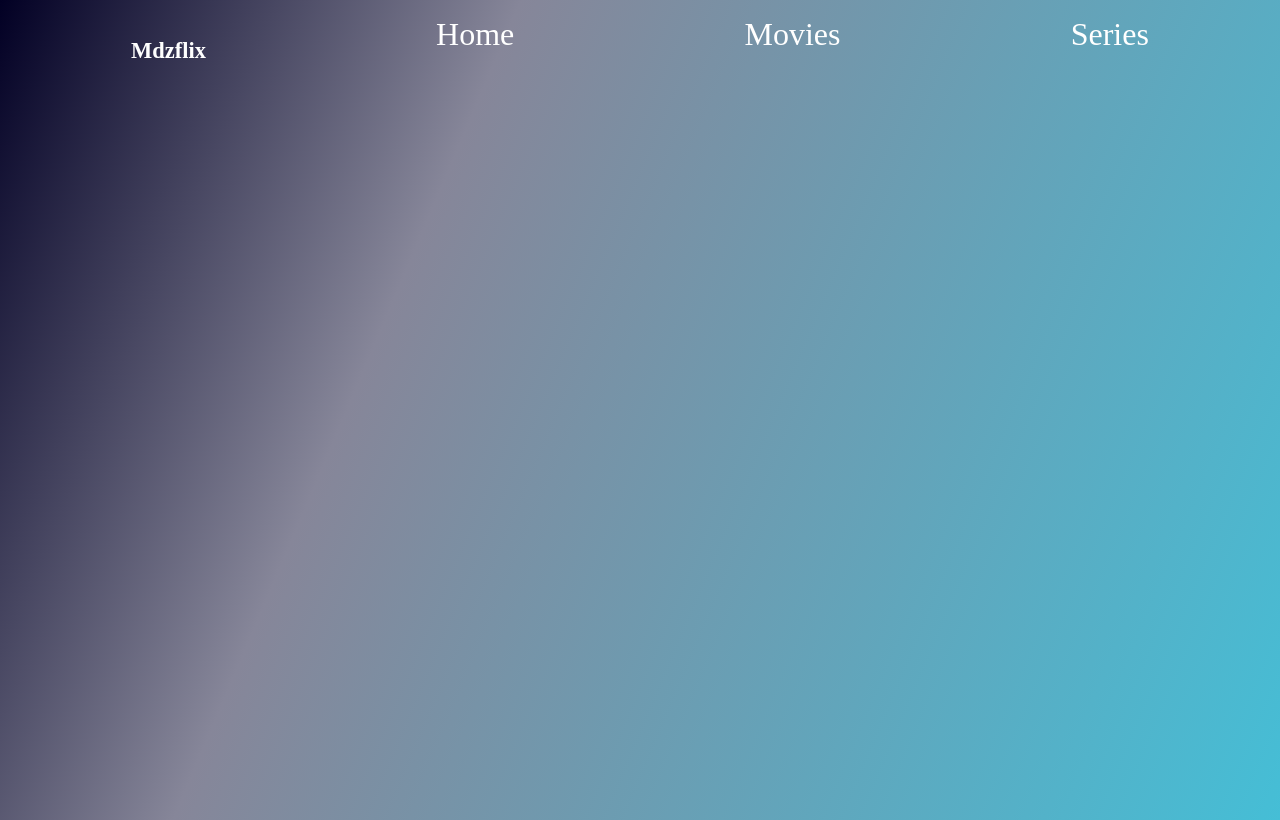
Repository: leo7mdz/app-movies-react
Page: /
These files come from the project's save history. The page is drawn as it stood at one moment and after the next save; the edit follows.
The browser window is 1280 px wide. The pictures show the whole page.
The page's requests for data from a server got no answer. The project was rebuilt for these pictures with package versions that can differ from the ones it lists, and the page was loaded fresh each time. No one was signed in, and anything a server would have sent is missing. Also part of the build but not shown: vite.config.js, src/components/details.module.css, src/pages/Details.jsx, src/pages/ErrorPage.jsx, src/components/Card.module.css, src/components/Card.jsx, src/components/GridCard.module.css, src/components/loader.module.css and 8 more.

Above is the page before, as saved 2023-03-14 15:27:17.

### src/App.jsx
import { BrowserRouter, Route, Routes } from "react-router-dom";
import "./app.css";
import NavBar from "./components/NavBar";
import MoviesProvider from "./context/MoviesContext";
import SeriesProvider from "./context/SeriesContext";
import Details from "./pages/Details";
import ErrorPage from "./pages/ErrorPage";
import Home from "./pages/Home";
import Series from "./pages/Series";
import Movies from "./pages/Movies";

function App() {
  return (
    <BrowserRouter>
      <MoviesProvider>
        <SeriesProvider>
          <div className="app">
            <NavBar />

            <Routes>
              <Route path="/" element={<Home />} />
              <Route path="/movies" element={<Movies types="movie" />} />
              <Route path="/series" element={<Series types="tv" />} />
              <Route path="*" element={<ErrorPage />} />
              <Route path="/details/:type/:id" element={<Details />} />
            </Routes>
          </div>
        </SeriesProvider>
      </MoviesProvider>
    </BrowserRouter>
  );
}

export default App;

### src/index.css
body {
  margin: 0;
  min-height: 100vh;
  color: white;
  background: rgb(2, 0, 36);
  background: linear-gradient(113deg, rgba(2, 0, 36, 1) 0%, rgba(134, 134, 153, 1) 32%, rgba(69, 190, 214, 1) 100%);

}

a {
  font-weight: 500;
  color: rgb(255, 255, 255);
  font-size: 2rem;
  text-decoration: none;
  display: block;
}

a:hover {
  transform: scale(1.1);
}

ul {
  display: flex;
  justify-content: space-around;
  list-style: none;
  margin-top: 0;
  margin-bottom: 0;
  padding: 1rem;
  font-size: 1.2rem;
}

.container-page {
  margin-top: 100px;
}

### src/app.css
.app{
    margin: 0;
    width: 100%;
    min-height: 100%;
}

### src/components/NavBar.jsx
import React from "react";
import { Link } from "react-router-dom";
import style from "./navBar.module.css";

const NavBar = () => {
  return (
    <nav className={style.nav}>
      <ul>
        <h3>Mdzflix</h3>
        <li>
          <Link to="/">Home</Link>
        </li>
        <li>
          <Link to="/movies">Movies</Link>
        </li>
        <li>
          <Link to="/series">Series</Link>
        </li>
      </ul>
    </nav>
  );
};

export default NavBar;

### src/context/MoviesContext.jsx
import { useContext } from "react";
import { createContext } from "react";
import useMoviesSearch from "../hooks/useMoviesSearch";

const MoviesContext = createContext();

export const contextMovies = () => {
  return useContext(MoviesContext);
};

const MoviesProvider = ({ children }) => {
  const { movies, page, totalPage, loading, setPage, error } =
    useMoviesSearch();

  const data = {
    movies,
    page,
    totalPage,
    loading,
    setPage,
    error,
  };

  return (
    <MoviesContext.Provider value={data}>{children}</MoviesContext.Provider>
  );
};

export default MoviesProvider;
//export { MoviesContext };

### src/context/SeriesContext.jsx
import { useContext } from "react";
import { createContext } from "react";

import useSeriesSearch from "../hooks/useSeriesSearch";

const SeriesContext = createContext();

export const contextSeries = () => {
  return useContext(SeriesContext);
};

const SeriesProvider = ({ children }) => {
  const { series, loading, error, page, totalPage, setPage } =
    useSeriesSearch();

  const data = {
    series,
    loading,
    error,
    page,
    totalPage,
    setPage,
  };
  return (
    <SeriesContext.Provider value={data}>{children}</SeriesContext.Provider>
  );
};

export default SeriesProvider;
//export { SeriesContext };

### src/pages/Home.jsx
import React from "react";
import CarouselTop from "../components/CarouselTop";

const movies = () => {
  return (
    <div className="container-page">
      <CarouselTop />
    </div>
  );
};

export default movies;

### src/components/navBar.module.css
.nav {
    background-color: transparent;
    position: fixed;
    top: 0;
    width: 100%;
    height: 220px;
    margin-bottom: 100px;
}

### src/hooks/useMoviesSearch.js
import { useEffect, useReducer } from "react";
import moviesReducer, { MOVIES_INITIAL_STATE } from "../reducer/moviesReducer";
import MOVIES_ACTIONS from "../utils/movies-actions";
import apiFetch from "../utils/apiFetch";
import { useSearchParams } from "react-router-dom";
import { useDebounce } from "./useDebaunce";

const searchMovies = async (
  endpoint,
  search,
  page,
  startSearch,
  searchSuccess,
  searchError
) => {
  startSearch();

  const { success, data, statusCode } = await apiFetch(endpoint, search, page);

  if (success) {
    return searchSuccess(data.results, data.total_pages);
  }
  return searchError(`Error:${statusCode}`);
};

const useMoviesSearch = () => {
  const [moviesSearch, moviesDispatch] = useReducer(
    moviesReducer,
    MOVIES_INITIAL_STATE
  );

  const [query] = useSearchParams();
  const search = query.get("search");

  const debounce = useDebounce(search, 300);

  const endpoint = search ? "/search/movie" : `/movie/popular`;

  const startSearch = () => {
    moviesDispatch({ type: MOVIES_ACTIONS.START_SEARCH });
  };

  const searchSuccess = (movies, totalPage) => {
    moviesDispatch({
      type: MOVIES_ACTIONS.MOVIES_SEARCH_SUCCESS,
      movies,
      totalPage,
    });
  };

  const searchError = (error) => {
    moviesDispatch({ type: MOVIES_ACTIONS.MOVIES_SEARCH_ERROR, error });
  };

  const setPage = (page) => {
    moviesDispatch({ type: MOVIES_ACTIONS.MOVIES_SETPAGE, page });
  };

  useEffect(() => {
    searchMovies(
      endpoint,
      debounce,
      moviesSearch.page,
      startSearch,
      searchSuccess,
      searchError
    );
  }, [moviesSearch.page, debounce]);

  return {
    ...moviesSearch,
    setPage,
  };
};

export default useMoviesSearch;

### src/hooks/useSeriesSearch.js
import { useEffect } from "react";
import { useReducer } from "react";
import { useSearchParams } from "react-router-dom";
import seriesReducer, { SERIES_INITIAL_STATE } from "../reducer/seriesReducer";
import apiFetch from "../utils/apiFetch";
import SERIES_ACTIONS from "../utils/series-action";
import { useDebounce } from "./useDebaunce";

const searchSeries = async (
  endpoint,
  search,
  page,
  startSearch,
  successSearch,
  errorSearch
) => {
  startSearch();
  const { data, success, statusCode } = await apiFetch(endpoint, search, page);

  if (success) {
    return successSearch(data.results, data.total_pages);
  }
  return errorSearch(`Error : ${statusCode}`);

  //console.log(data);
};

const useSeriesSearch = () => {
  const [seriesSearch, seriesDispatch] = useReducer(
    seriesReducer,
    SERIES_INITIAL_STATE
  );

  const [query] = useSearchParams();
  const search = query.get("search");

  const endpoint = search ? `/search/tv` : `/tv/popular`;

  const debounce = useDebounce(search, 300);

  const startSearch = () => {
    seriesDispatch({ type: SERIES_ACTIONS.START_SEARCH_SERIES });
  };

  const successSearch = (series, totalPage) => {
    seriesDispatch({
      type: SERIES_ACTIONS.SERIES_SEARCH_SUCCESS,
      series,
      totalPage,
    });
  };

  const errorSearch = (error) => {
    seriesDispatch({ type: SERIES_ACTIONS.SERIES_SEARCH_SUCCESS, error });
  };

  const setPage = (page) => {
    seriesDispatch({ type: SERIES_ACTIONS.SERIES_SETPAGE, page });
  };

  useEffect(() => {
    searchSeries(
      endpoint,
      debounce,
      seriesSearch.page,
      startSearch,
      successSearch,
      errorSearch
    );
  }, [seriesSearch.page, debounce]);

  return {
    ...seriesSearch,
    setPage,
  };
};

export default useSeriesSearch;

### src/constants/api.js
export const API_HOST = "https://api.themoviedb.org/3";

export const API_KEY = "3e13254e67f6740db149cb7e98614a79";

export const IMG_PATH = "https://image.tmdb.org/t/p/original/";

### src/utils/apiFetch.js
import { API_HOST, API_KEY } from "../constants/api.js";

const apiFetch = async (endpoint, search, page = 1) => {
  const urlEndpoint = search
    ? `${API_HOST}${endpoint}?api_key=${API_KEY}&page=${page}&query=${search}`
    : `${API_HOST}${endpoint}?api_key=${API_KEY}&page=${page}`;

  try {
    const res = await fetch(urlEndpoint);

    if (res.ok) {
      const data = await res.json();

      //console.log(data);
      return {
        success: true,
        data,
      };
    }

    return {
      success: false,
      statusCode: res.status,
    };
  } catch (error) {
    return {
      success: false,
      code: 500,
    };
  }
};

export default apiFetch;

### src/components/CarouselTop.jsx
import React, { useEffect, useState } from "react";
import AliceCarousel from "react-alice-carousel";
import { API_HOST, API_KEY } from "../constants/api";
import apiFetchCarousel from "../utils/apiFetchCarousel";

const CarouselTop = () => {
  const movieUpcoming = `${API_HOST}/movie/upcoming?api_key=${API_KEY}`;

  const [data, setData] = useState([]);

  useEffect(() => {
    (async () => {
      const { data, success, statusCode, status } = await apiFetchCarousel(
        movieUpcoming
      );
      setData(data);
    })();
  }, [data]);

  console.log(data);
  return (
    <div>
      {/* <AliceCarousel
        items={data.map((item, index) => (
          <div key={index} className="item">
            <h2>{item.title}</h2>
            <p>{item.description}</p>
            <img src={item.imageUrl} alt={item.title} />
          </div>
        ))}
        autoPlay
        infinite
        autoPlayInterval={2000}
        buttonsDisabled={false}
        dotsDisabled={true}
        touchTracking={true}
        responsive={{
          0: {
            items: 2,
          },
          600: {
            items: 3,
          },
          1024: {
            items: 4,
          },
        }}
      /> */}
    </div>
  );
};

export default CarouselTop;

/* const movieUpcoming = `${API_HOST}/movie/upcoming&api_key=${API_KEY}`;
  const movieTopRated = `${API_HOST}/movie/top_rated&api_key=${API_KEY}`;
  const movieAction = `${API_HOST}7discover/movie&api_key=${API_KEY}&with_genres=28`;
  const movieAnimation = `${API_HOST}7discover/movie&api_key=${API_KEY}&with_genres=16`;
  const movieComedy = `${API_HOST}7discover/movie&api_key=${API_KEY}&with_genres=35`; */

### src/reducer/moviesReducer.js
import MOVIES_ACTIONS from "../utils/movies-actions";

const MOVIES_INITIAL_STATE = {
  movies: "",
  loading: false,
  error: undefined,
  page: 1,
  totalPages: 1,
};

const moviesReducer = (state, action) => {
  switch (action.type) {
    case MOVIES_ACTIONS.START_SEARCH: {
      return {
        ...state,
        loading: true,
      };
    }
    case MOVIES_ACTIONS.MOVIES_SEARCH_SUCCESS: {
      return {
        ...state,
        movies: action.movies,
        loading: false,
        totalPage: action.totalPage,
      };
    }
    case MOVIES_ACTIONS.MOVIES_SEARCH_ERROR: {
      return {
        ...state,
        error: action.error,
      };
    }
    case MOVIES_ACTIONS.MOVIES_SETPAGE: {
      return {
        ...state,
        page: action.page,
      };
    }
    default:
      return state;
  }
};

export { MOVIES_INITIAL_STATE };
export default moviesReducer;

### src/utils/movies-actions.js
const MOVIES_ACTIONS = {
  START_SEARCH: 0,
  MOVIES_SEARCH_SUCCESS: 1,
  MOVIES_SEARCH_ERROR: 2,
  MOVIES_SETPAGE: 3,
};

export default MOVIES_ACTIONS;

### src/hooks/useDebaunce.js
import { useEffect, useState } from "react";

export function useDebounce(value, delay) {
  // State and setters for debounced value
  const [debouncedValue, setDebouncedValue] = useState(value);
  useEffect(
    () => {
      // Update debounced value after delay
      const handler = setTimeout(() => {
        setDebouncedValue(value);
      }, delay);
      // Cancel the timeout if value changes (also on delay change or unmount)
      // This is how we prevent debounced value from updating if value is changed ...
      // .. within the delay period. Timeout gets cleared and restarted.
      return () => {
        clearTimeout(handler);
      };
    },
    [value, delay] // Only re-call effect if value or delay changes
  );
  return debouncedValue;
}

### src/reducer/seriesReducer.js
import SERIES_ACTIONS from "../utils/series-action";

const SERIES_INITIAL_STATE = {
  series: undefined,
  loading: false,
  error: null,
  page: 1,
  totalPage: 1,
};

const seriesReducer = (state, action) => {
  switch (action.type) {
    case SERIES_ACTIONS.START_SEARCH_SERIES: {
      return {
        ...state,
        loading: true,
      };
    }
    case SERIES_ACTIONS.SERIES_SEARCH_SUCCESS: {
      return {
        ...state,
        series: action.series,
        loading: false,
        totalPage: action.totalPage,
      };
    }
    case SERIES_ACTIONS.SERIES_SEARCH_ERROR: {
      return {
        ...state,
        error: action.error,
        loading: false,
      };
    }
    case SERIES_ACTIONS.SERIES_SETPAGE: {
      return {
        ...state,
        page: action.page,
      };
    }
    default:
      return state;
  }
};

export { SERIES_INITIAL_STATE };
export default seriesReducer;

### src/utils/series-action.js
const SERIES_ACTIONS = {
  START_SEARCH_SERIES: 0,
  SERIES_SEARCH_SUCCESS: 1,
  SERIES_SEARCH_ERROR: 2,
  SERIES_SETPAGE: 3,
};

export default SERIES_ACTIONS;

### src/utils/apiFetchCarousel.js
const apiFetchCarousel = async (url) => {
  try {
    const res = await fetch(url);
    if (res.ok) {
      const data = data.json();

      return {
        success: true,
        data,
      };
    }
    return {
      success: false,
      statusCode: res.status,
    };
  } catch (error) {
    return {
      success: false,
      code: 500,
    };
  }
};

export default apiFetchCarousel;

Loaded but not shown: index.html (common file); src/main.jsx (common file)

After the next save:
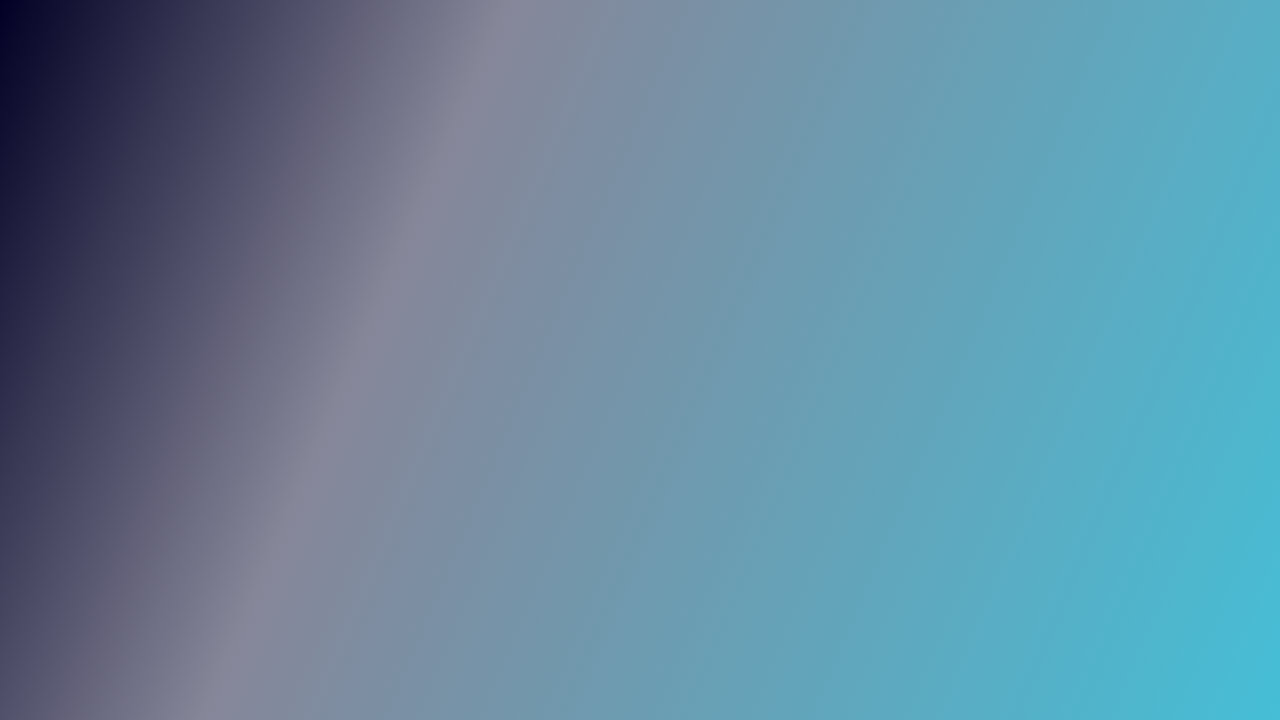
Console error: ReferenceError: data is not defined
Saved 26 s later.
--- a/src/components/CarouselTop.jsx
+++ b/src/components/CarouselTop.jsx
@@ -6,14 +6,14 @@
 const CarouselTop = () => {
   const movieUpcoming = `${API_HOST}/movie/upcoming?api_key=${API_KEY}`;
 
-  const [data, setData] = useState([]);
+  const [images, setImages] = useState([]);
 
   useEffect(() => {
     (async () => {
       const { data, success, statusCode, status } = await apiFetchCarousel(
         movieUpcoming
       );
-      setData(data);
+      setImages(data);
     })();
   }, [data]);
 

After the 2 saves that followed:
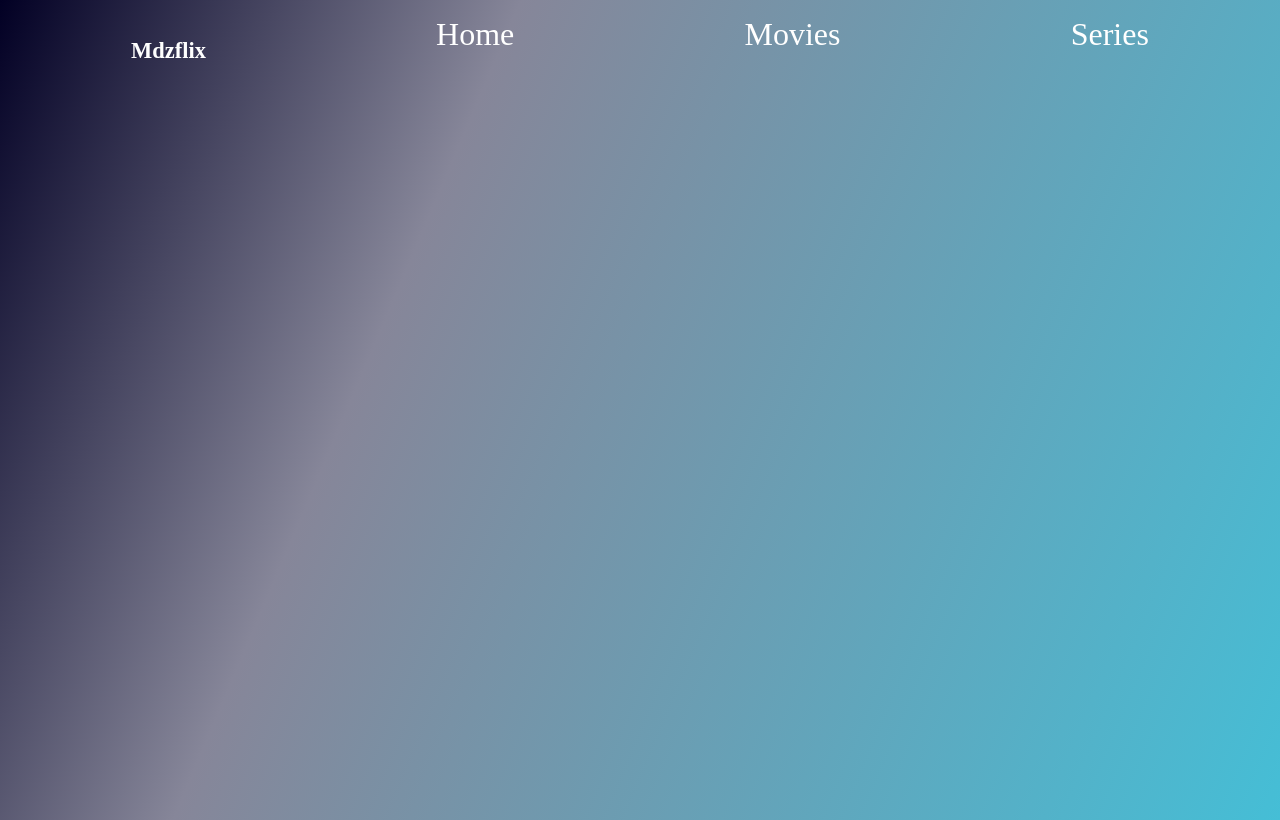
The error is gone.
The 2 saves are shown as one change because 1 left the picture as it was.
The last was saved 23 s later.
--- a/src/components/CarouselTop.jsx
+++ b/src/components/CarouselTop.jsx
@@ -15,9 +15,9 @@
       );
       setImages(data);
     })();
-  }, [data]);
+  }, [images]);
 
-  console.log(data);
+  console.log(images);
   return (
     <div>
       {/* <AliceCarousel
